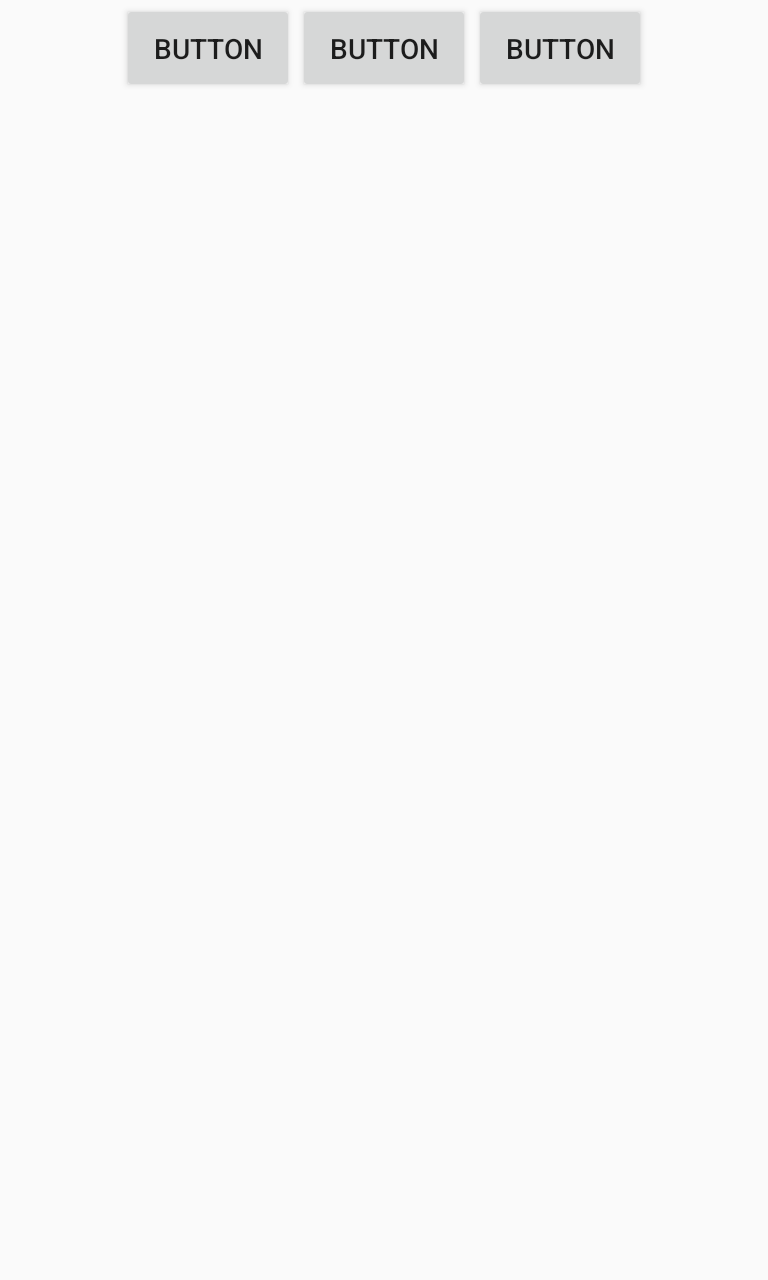
Repository: kol0372/woo
Layout: andworkspace/and1008/res/layout/exam1.xml
The author's editor kept a copy of each file at every save. The layout is drawn from the files as they stood at one save, then again after the next save.
It is drawn on a 768 x 1280 px phone screen (xhdpi) without system bars, with theme AppTheme; the app's code is not run.

Above is the layout before, as saved 2014-10-08 02:36:33.

### andworkspace/and1008/res/layout/exam1.xml
<?xml version="1.0" encoding="utf-8"?>
<LinearLayout xmlns:android="http://schemas.android.com/apk/res/android"
    android:layout_width="match_parent"
    android:layout_height="match_parent"
    android:orientation="vertical" >

    <LinearLayout
        android:layout_width="match_parent"
        android:layout_height="wrap_content"
        android:gravity="center" >

        <Button
            android:id="@+id/exambtn1"
            android:layout_width="wrap_content"
            android:layout_height="wrap_content"
            android:text="Button" />

        <Button
            android:id="@+id/exambtn2"
            android:layout_width="wrap_content"
            android:layout_height="wrap_content"
            android:text="Button" />

        <Button
            android:id="@+id/exambtn3"
            android:layout_width="wrap_content"
            android:layout_height="wrap_content"
            android:text="Button" />

    </LinearLayout>

</LinearLayout>

Loaded but not shown: andworkspace/and1008/res/values/styles.xml (common file); andworkspace/and1008/res/values-v11/styles.xml (common file); andworkspace/and1008/res/values-v14/styles.xml (common file)

After the next save:
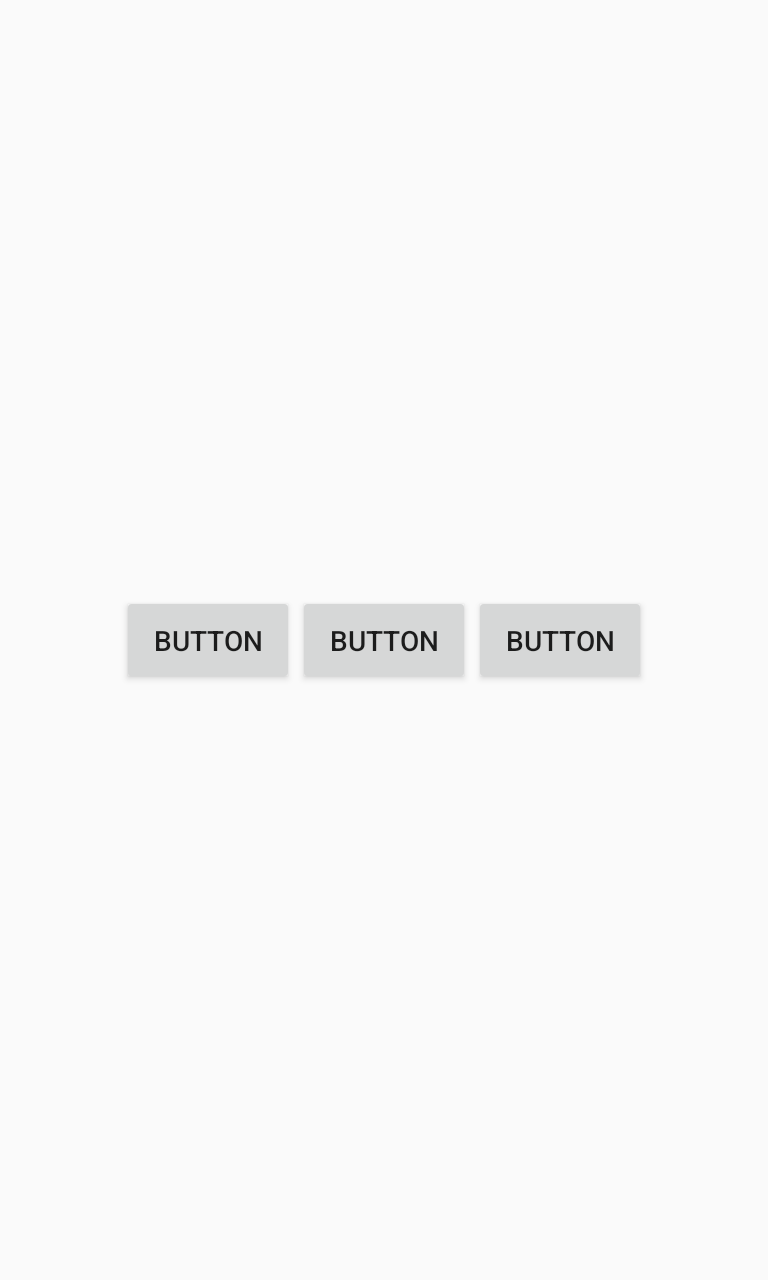
Saved 2 min 42 s later.
--- a/andworkspace/and1008/res/layout/exam1.xml
+++ b/andworkspace/and1008/res/layout/exam1.xml
@@ -7,6 +7,7 @@
     <LinearLayout
         android:layout_width="match_parent"
         android:layout_height="wrap_content"
+        android:layout_weight="0.69"
         android:gravity="center" >
 
         <Button
@@ -26,7 +27,6 @@
             android:layout_width="wrap_content"
             android:layout_height="wrap_content"
             android:text="Button" />
-
     </LinearLayout>
 
 </LinearLayout>
